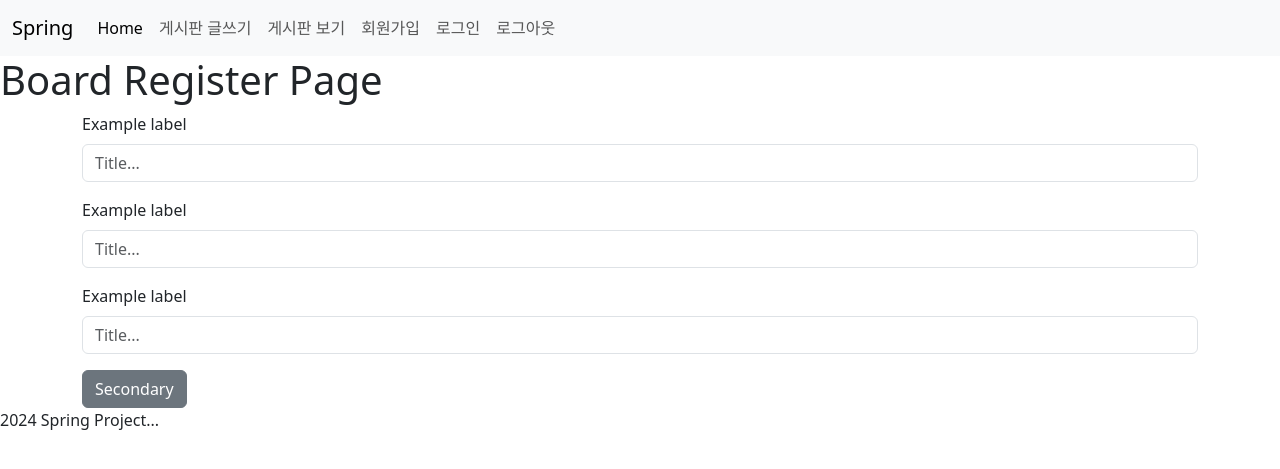
Repository: leechanggyu1118/Spring
Page: http://localhost/spring_study/WEB-INF/views/board/register.jsp
An editor plug-in stored every save of this project. The page is shown before and after the next save, followed by the edit.
The browser window is 1280 px wide. The pictures show the whole page.
The page is served by Tomcat 9. Nobody is signed in. The template is opened directly, without the code that normally fills it, so the values that code supplies are empty.

Above is the page before, as saved 2024-04-24 01:12:46.

After the next save:
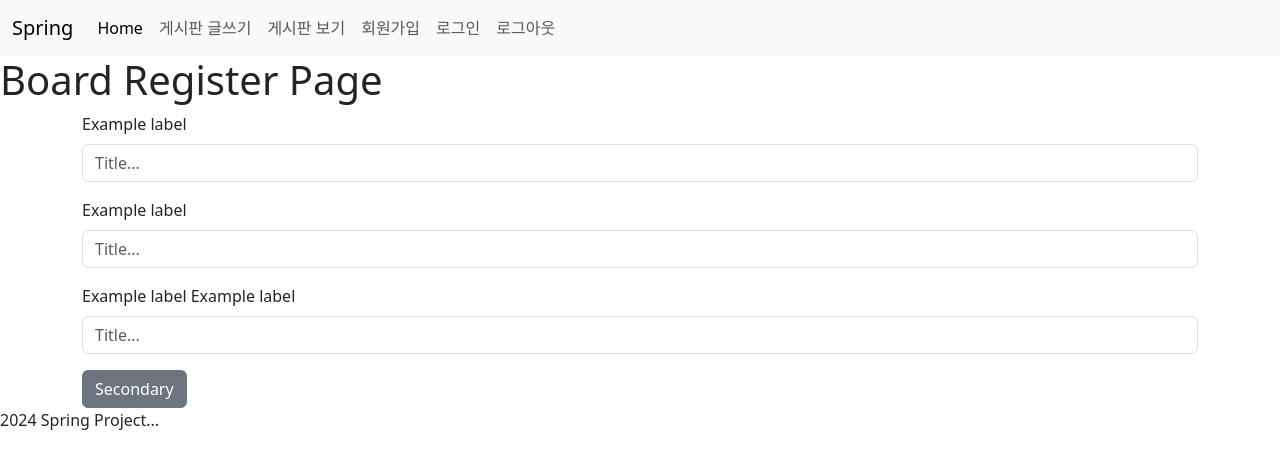
Saved 64 s later.
--- a/spring_study/src/main/webapp/WEB-INF/views/board/register.jsp
+++ b/spring_study/src/main/webapp/WEB-INF/views/board/register.jsp
@@ -24,8 +24,8 @@
 			</div>
 
 			<div class="mb-3">
-			<span class="input-ground"></span>
-				<label for="t" class="form-label">Example label</label>
+				<label for="c" class="form-label">Example label</label>
+				<label for="c" class="form-label">Example label</label>
 				<input type="text" class="form-control" id="t" placeholder="Title...">
 			</div>
 
